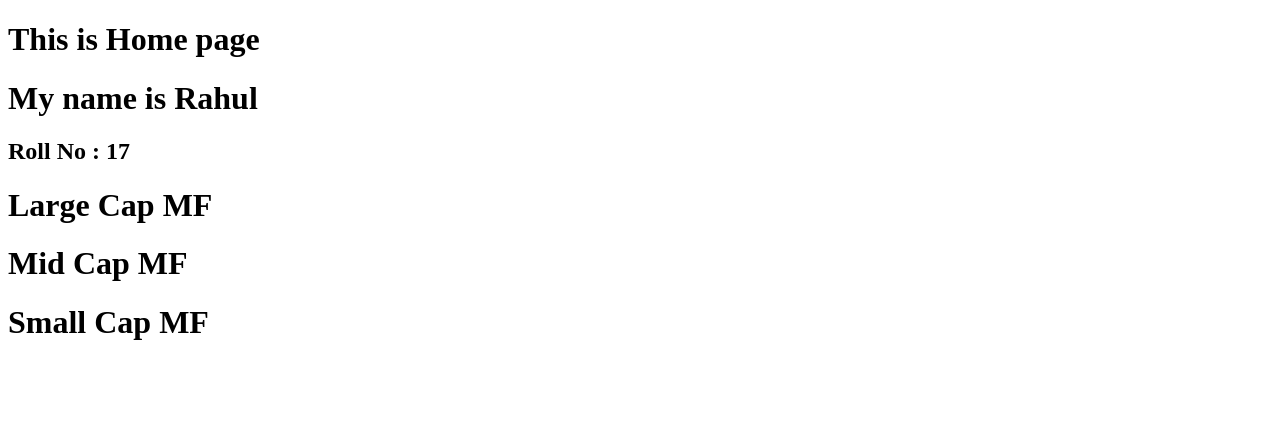
Repository: romeodmello17/springmvc
Page: http://localhost/firstmvc/home
These files come from the project's save history. The page is drawn as it stood at one moment and after the next save; the edit follows.
The browser window is 1280 px wide. The pictures show the whole page.
The page is served by Tomcat 9.

Above is the page before, as saved 2025-04-10 23:44:18.

After the next save:
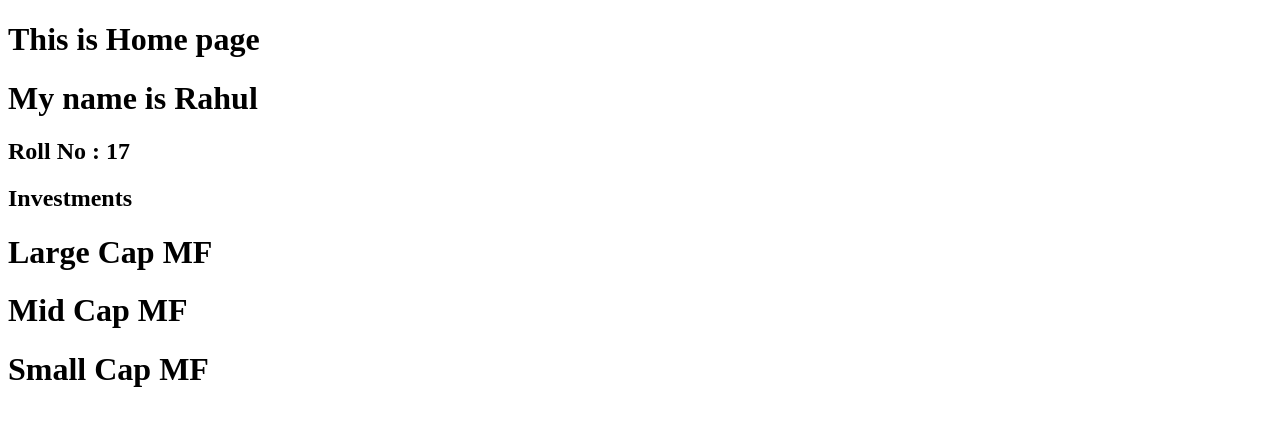
Saved 35 s later.
--- a/firstmvc/src/main/webapp/WEB-INF/views/home.jsp
+++ b/firstmvc/src/main/webapp/WEB-INF/views/home.jsp
@@ -23,7 +23,7 @@
 		Roll No :
 		<%=rollno%></h2>
 
-
+	<h2>Investments</h2>
 		<%
 		for (String s : stocks) {
 		%>
